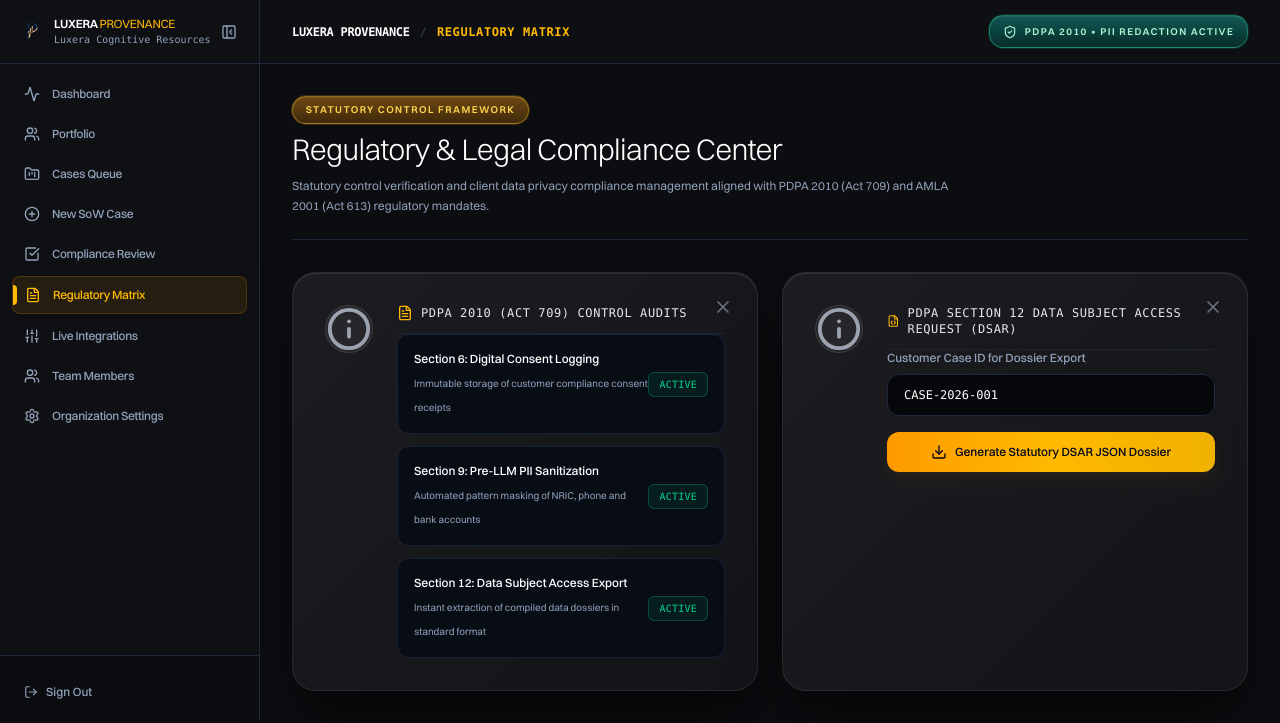
Repository: khaizafron/luxera-provenance
Page: /app/compliance
An editor plug-in stored every save of this project. The page is shown before and after the next save, followed by the edit.
The browser window is 1280 px wide. The pictures show the whole page.
The page's requests for data from a server got no answer. The project was rebuilt for these pictures with package versions that can differ from the ones it lists, and the page was loaded fresh each time. The framework's server and built-in components were replaced by stand-ins that run in the browser. No one was signed in, and anything a server would have sent is missing.

Above is the page before, as saved 2026-08-16 11:45:10.

After the next save:
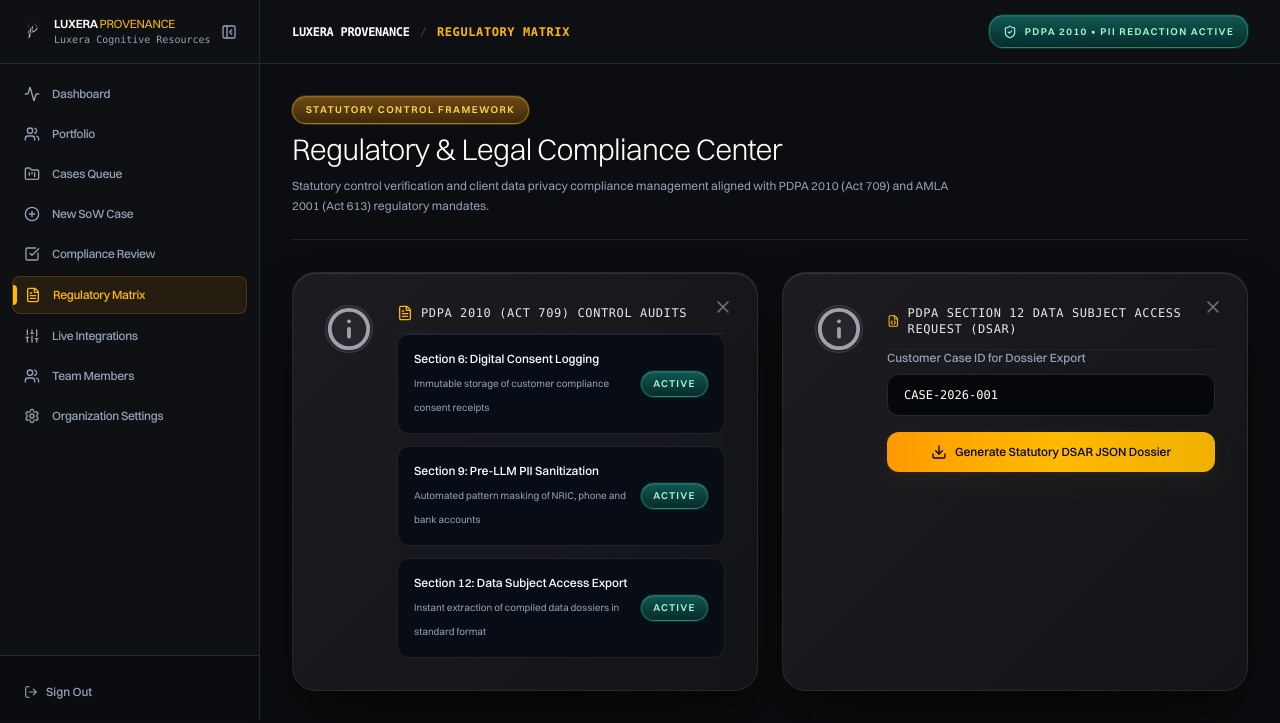
Saved 60 s later.
--- a/app/app/compliance/page.tsx
+++ b/app/app/compliance/page.tsx
@@ -57,9 +57,7 @@ export default function AppCompliancePage() {
                 <span className="font-medium text-white text-xs block">Section 6: Digital Consent Logging</span>
                 <span className="text-[10px] text-slate-400 font-normal">Immutable storage of customer compliance consent receipts</span>
               </div>
-              <span className="px-2.5 py-1 rounded-md bg-emerald-500/10 text-emerald-400 border border-emerald-500/30 font-mono text-[10px] font-medium tracking-wide">
-                ACTIVE
-              </span>
+              <span className="ui-status ui-status--green">ACTIVE</span>
             </div>
 
             <div className="flex items-center justify-between p-4 rounded-xl bg-[#080c14] border border-slate-800/80 hover:border-amber-500/20 transition-all">
@@ -67,9 +65,7 @@ export default function AppCompliancePage() {
                 <span className="font-medium text-white text-xs block">Section 9: Pre-LLM PII Sanitization</span>
                 <span className="text-[10px] text-slate-400 font-normal">Automated pattern masking of NRIC, phone and bank accounts</span>
               </div>
-              <span className="px-2.5 py-1 rounded-md bg-emerald-500/10 text-emerald-400 border border-emerald-500/30 font-mono text-[10px] font-medium tracking-wide">
-                ACTIVE
-              </span>
+              <span className="ui-status ui-status--green">ACTIVE</span>
             </div>
 
             <div className="flex items-center justify-between p-4 rounded-xl bg-[#080c14] border border-slate-800/80 hover:border-amber-500/20 transition-all">
@@ -77,9 +73,7 @@ export default function AppCompliancePage() {
                 <span className="font-medium text-white text-xs block">Section 12: Data Subject Access Export</span>
                 <span className="text-[10px] text-slate-400 font-normal">Instant extraction of compiled data dossiers in standard format</span>
               </div>
-              <span className="px-2.5 py-1 rounded-md bg-emerald-500/10 text-emerald-400 border border-emerald-500/30 font-mono text-[10px] font-medium tracking-wide">
-                ACTIVE
-              </span>
+              <span className="ui-status ui-status--green">ACTIVE</span>
             </div>
           </div>
         </SpotlightCard>
